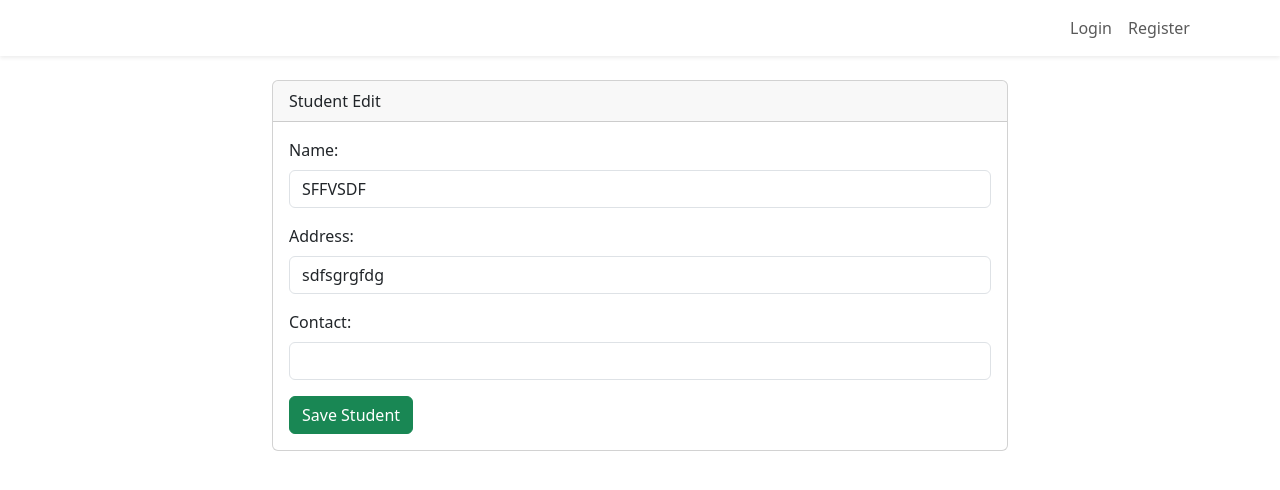
Repository: kunwarganesh07/Example
Page: http://localhost/student/edit/4
The author's editor kept a copy of each file at every save. The page is drawn from the files as they stood at one save, then again after the next save.
The browser window is 1280 px wide. The pictures show the whole page.
The page is served by the project's Laravel application, run on PHP 8.4 with Laravel 12. Other server files are loaded and not shown. The database holds what the project's SQL file puts in it.

Above is the page before, as saved 2025-11-14 14:32:08.

### routes/web.php
<?php


use App\Http\Controllers\HomeController;
use App\Http\Controllers\StudentController;
use App\Http\Controllers\TeacherController;
use Illuminate\Support\Facades\Auth;
use Illuminate\Support\Facades\Route;

Route::get('/', function () {
    return view('welcome');
});

Auth::routes();

Route::get('/home', [HomeController::class, 'index'])->name('home');
Route::get('/student', [StudentController::class, 'index'])->name('student.index');
Route::get('/student/create', [StudentController::class, 'create'])->name('student.create');
Route::post('store', [StudentController::class, 'store'])->name('store');

Route::get('student/edit/{id}', [StudentController::class, 'edit'])->name('students.edit');

Route::get('/teachers', [TeacherController::class, 'index'])->name('teachers.index');
Route::get('/teachers/create', [TeacherController::class, 'create'])->name('teachers.create');
Route::post('/teachers/store', [TeacherController::class, 'store'])->name('teachers.store');

### app/Http/Controllers/StudentController.php
<?php

namespace App\Http\Controllers;

use App\Models\Student;
use Illuminate\Http\Request;

class StudentController extends Controller
{
    /**
     * Display a listing of the resource.
     */
    public function index()
    {
        $student = Student::all();
        return view('student.index', compact('student'));
    }

    /**
     * Show the form for creating a new resource.
     */
    public function create()
    {
        return view('student.create');
    }

    /**
     * Store a newly created resource in storage.
     */
    public function store(Request $request)
    {
        $student = new Student();
        $student->name = $request->name;
        $student->contact = $request->contact;
        $student->address = $request->address;
        $student->save();
        return redirect()->route('student.index');
    }

    /**
     * Display the specified resource.
     */
    public function show(string $id)
    {
        //
    }

    /**
     * Show the form for editing the specified resource.
     */
    public function edit(string $id)
    {
        // dd($id);
        $student = Student::findOrfail($id);
        return view('student.edit',compact('student'));
    }

    /**
     * Update the specified resource in storage.
     */
    public function update(Request $request, string $id)
    {
        //
    }

    /**
     * Remove the specified resource from storage.
     */
    public function destroy(string $id)
    {
        //
    }
}

### app/Models/Student.php
<?php

namespace App\Models;

use Illuminate\Database\Eloquent\Model;

class Student extends Model
{
    protected $fillable = ['name', 'address', 'contact'];
}

### resources/views/student/edit.blade.php
@extends('layouts.app')

@section('content')
    <div class="container">
        <div class="row justify-content-center">
            <div class="col-md-8">
                <div class="card">
                    <div class="card-header">{{ __('Student Edit') }}
                    </div>

                    <div class="card-body">
                        <form action="{{ route('store') }}" method="POST">
                            @csrf
                            <div class="mb-3">
                                <label for="name" class="form-label">Name:</label>
                                <input type="text" name="name" class="form-control" value="{{ $student->name }}" required>
                            </div>

                            <div class="mb-3">
                                <label for="address" class="form-label">Address:</label>
                                <input type="text" name="address" class="form-control" value="{{ $student->address }}" required>
                            </div>

                            <div class="mb-3">
                                <label for="contact" class="form-label">Contact:</label>
                                <input type="text" name="contact" class="form-control" value="" required>
                            </div>

                            <button type="submit" class="btn btn-success">Save Student</button>
                        </form>
                    </div>
                </div>
            </div>
        </div>
    </div>
@endsection

### resources/views/layouts/app.blade.php
<!doctype html>
<html lang="{{ str_replace('_', '-', app()->getLocale()) }}">

<head>
    <meta charset="utf-8">
    <meta name="viewport" content="width=device-width, initial-scale=1">

    <!-- CSRF Token -->
    <meta name="csrf-token" content="{{ csrf_token() }}">

    <title>{{ config('app.name', 'Laravel') }}</title>

    <!-- Fonts -->
    <link rel="dns-prefetch" href="//fonts.bunny.net">
    <link href="https://fonts.bunny.net/css?family=Nunito" rel="stylesheet">

    <link rel="stylesheet" href="https://cdn.jsdelivr.net/npm/bootstrap@5.3.8/dist/css/bootstrap.min.css">
    <script src="https://cdn.jsdelivr.net/npm/bootstrap@5.3.8/dist/js/bootstrap.bundle.min.js"></script>
    <!-- Scripts -->
    {{-- @vite(['resources/sass/app.scss', 'resources/js/app.js']) --}}
</head>

<body>
    <div id="app">
        <nav class="navbar navbar-expand-md navbar-light bg-white shadow-sm">
            <div class="container">
                @auth
                    <a class="navbar-brand" href="{{ url('/') }}">
                        {{ config('app.name', 'Laravel') }}
                    </a>
                    <a class="navbar-brand" href="{{ route('student.index') }}">
                        {{ 'Student' }}
                    </a>
                    <a class="navbar-brand" href="{{ route('teachers.index') }}">
                        {{ 'Teacher' }}
                    </a>
                @endauth
                <button class="navbar-toggler" type="button" data-bs-toggle="collapse"
                    data-bs-target="#navbarSupportedContent" aria-controls="navbarSupportedContent"
                    aria-expanded="false" aria-label="{{ __('Toggle navigation') }}">
                    <span class="navbar-toggler-icon"></span>
                </button>

                <div class="collapse navbar-collapse" id="navbarSupportedContent">
                    <!-- Left Side Of Navbar -->
                    <ul class="navbar-nav me-auto">

                    </ul>

                    <!-- Right Side Of Navbar -->
                    <ul class="navbar-nav ms-auto">
                        <!-- Authentication Links -->
                        @guest
                            @if (Route::has('login'))
                                <li class="nav-item">
                                    <a class="nav-link" href="{{ route('login') }}">{{ __('Login') }}</a>
                                </li>
                            @endif

                            @if (Route::has('register'))
                                <li class="nav-item">
                                    <a class="nav-link" href="{{ route('register') }}">{{ __('Register') }}</a>
                                </li>
                            @endif
                        @else
                            <li class="nav-item dropdown">
                                <a id="navbarDropdown" class="nav-link dropdown-toggle" href="#" role="button"
                                    data-bs-toggle="dropdown" aria-haspopup="true" aria-expanded="false" v-pre>
                                    {{ Auth::user()->name }}
                                </a>

                                <div class="dropdown-menu dropdown-menu-end" aria-labelledby="navbarDropdown">
                                    <a class="dropdown-item" href="{{ route('logout') }}"
                                        onclick="event.preventDefault();
                                                     document.getElementById('logout-form').submit();">
                                        {{ __('Logout') }}
                                    </a>

                                    <form id="logout-form" action="{{ route('logout') }}" method="POST" class="d-none">
                                        @csrf
                                    </form>
                                </div>
                            </li>
                        @endguest
                    </ul>
                </div>
            </div>
        </nav>

        <main class="py-4">
            @yield('content')
        </main>
    </div>
</body>

</html>

### example.sql (the tables this page reads)
CREATE TABLE `students` (
  `id` bigint(20) UNSIGNED NOT NULL,
  `name` varchar(255) NOT NULL,
  `contact` varchar(255) NOT NULL,
  `address` varchar(255) NOT NULL,
  `image` varchar(255) DEFAULT NULL,
  `created_at` timestamp NULL DEFAULT NULL,
  `updated_at` timestamp NULL DEFAULT NULL,
  `status` varchar(255) NOT NULL DEFAULT 'on'
) ENGINE=InnoDB DEFAULT CHARSET=utf8mb4 COLLATE=utf8mb4_unicode_ci;

INSERT INTO `students` (`id`, `name`, `contact`, `address`, `image`, `created_at`, `updated_at`, `status`) VALUES
(4, 'SFFVSDF', '4467446667', 'sdfsgrgfdg', '1763283119.png', '2025-11-16 03:06:59', '2025-11-16 03:13:44', 'on'),
(5, 'Keelie Swanson', 'Sit ab architecto ne', 'Anim sit aperiam ess', '1763369195.png', '2025-11-17 03:01:35', '2025-11-17 03:01:35', 'on'),
(6, 'Brenda Talley', 'Officiis fugit amet', 'Non quam cumque cons', '', '2025-11-19 03:49:50', '2025-11-19 03:49:50', 'on');

ALTER TABLE `students`
  ADD PRIMARY KEY (`id`);

ALTER TABLE `students`
  MODIFY `id` bigint(20) UNSIGNED NOT NULL AUTO_INCREMENT, AUTO_INCREMENT=7;

Loaded but not shown: app/Http/Controllers/Auth/ConfirmPasswordController.php (common file); app/Http/Controllers/Controller.php (common file)

After the next save:
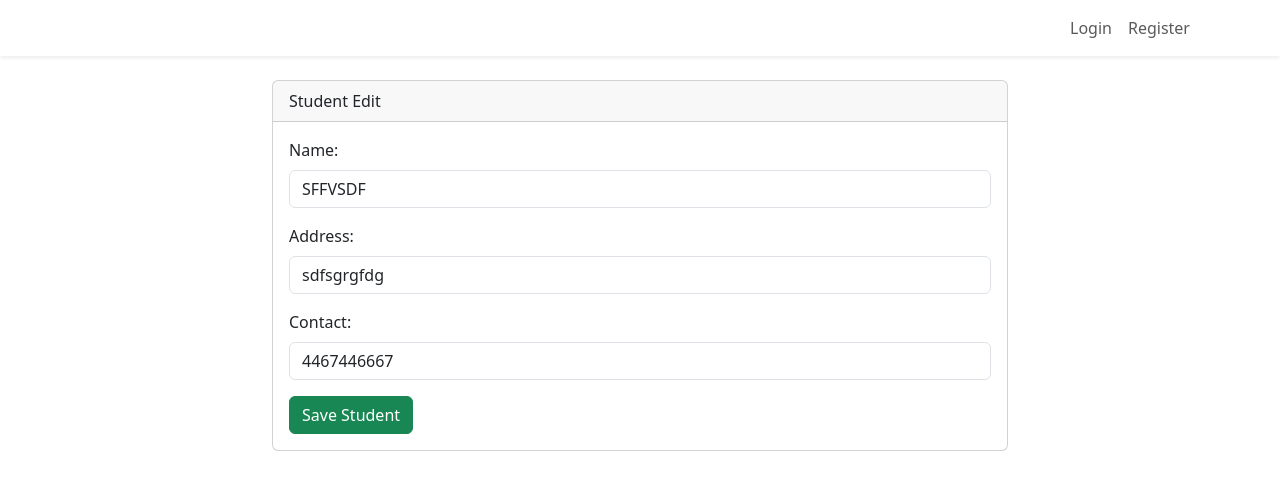
Saved 6 s later.
--- a/resources/views/student/edit.blade.php
+++ b/resources/views/student/edit.blade.php
@@ -23,7 +23,7 @@
 
                             <div class="mb-3">
                                 <label for="contact" class="form-label">Contact:</label>
-                                <input type="text" name="contact" class="form-control" value="" required>
+                                <input type="text" name="contact" class="form-control" value="{{ $student->contact }}" required>
                             </div>
 
                             <button type="submit" class="btn btn-success">Save Student</button>
